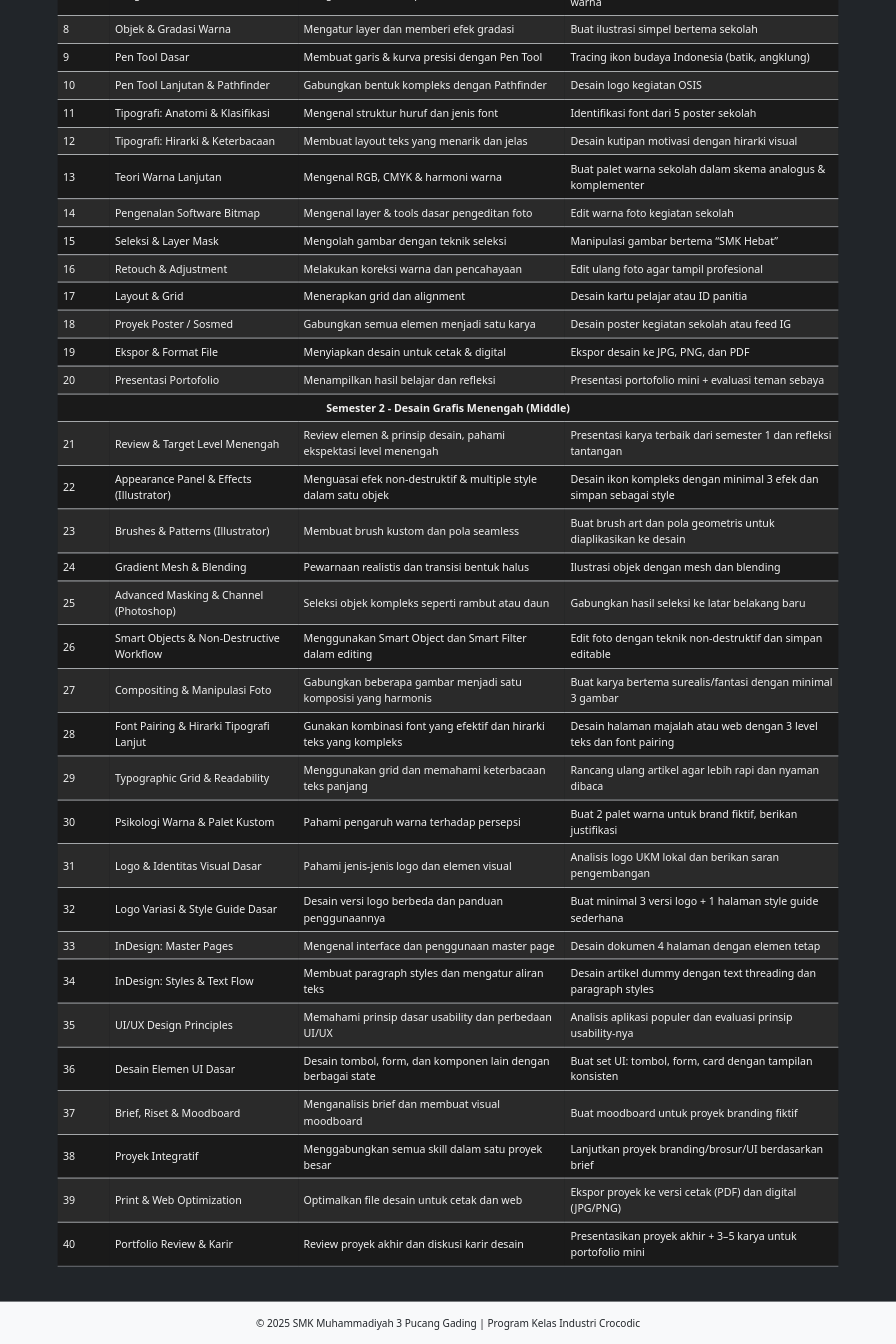
Repository: ppdbsmkmutipuga/kurikulumdesain
Page: index.html
The author's editor kept a copy of each file at every save. The page is drawn from the files as they stood at one save, then again after the next save.
The browser window is 1280 px wide. The pictures show the part of the page from y = 869 to 2789 px (the page is 2789 px tall), at 70% of full size.
After loading, the first visible `button.btn` was clicked once.

Above is the page before, as saved 2025-07-01 04:32:06.

After the next save:
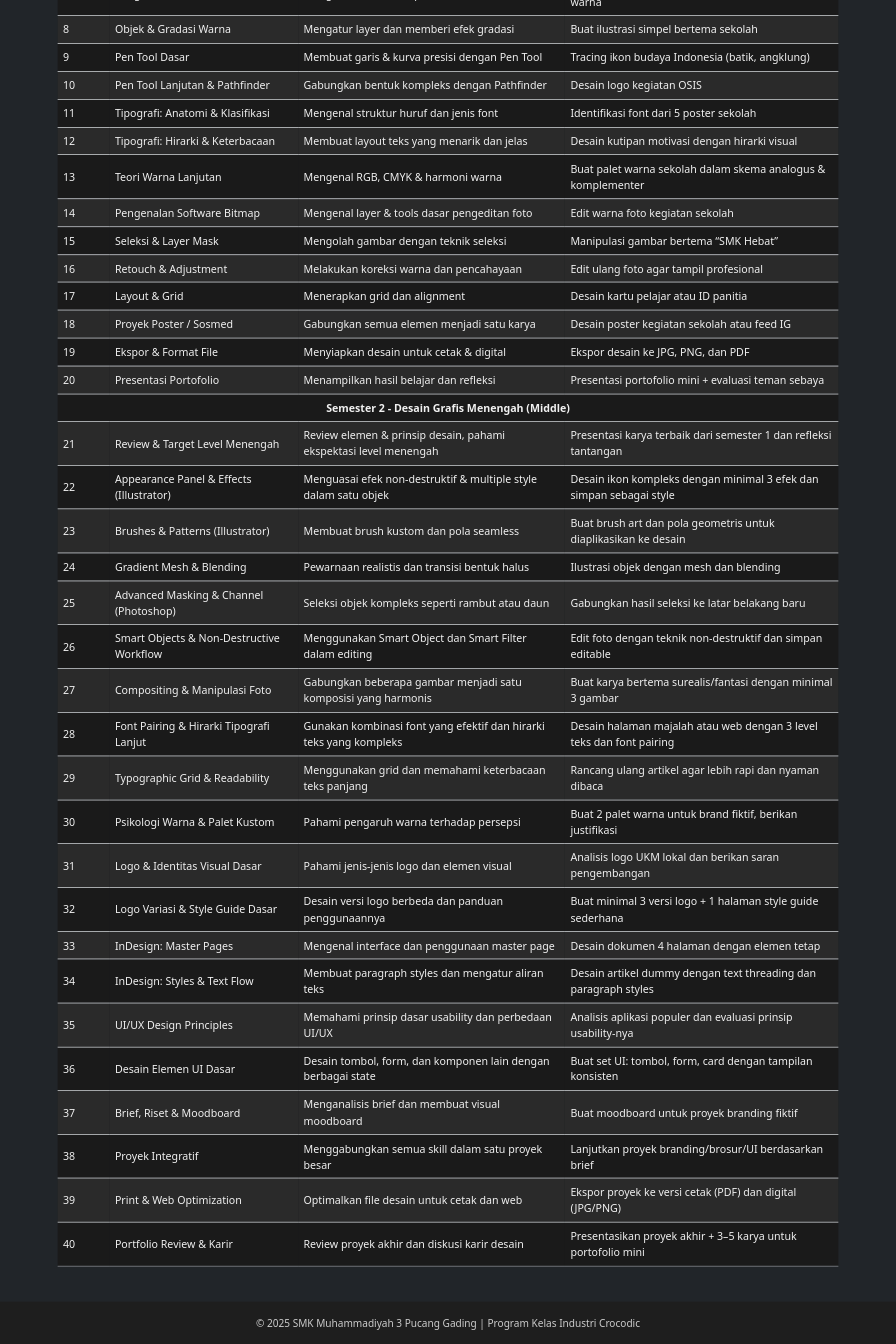
Saved 33 s later.
--- a/script.js
+++ b/script.js
@@ -95,5 +95,9 @@ function toggleMode() {
     document.querySelector('footer').classList.toggle('bg-light');
     document.querySelector('footer').classList.toggle('text-dark');
 }
+function toggleMode() {
+  document.body.classList.toggle('bg-dark');
+  document.body.classList.toggle('text-white');
+}
 
 renderTable(0);
